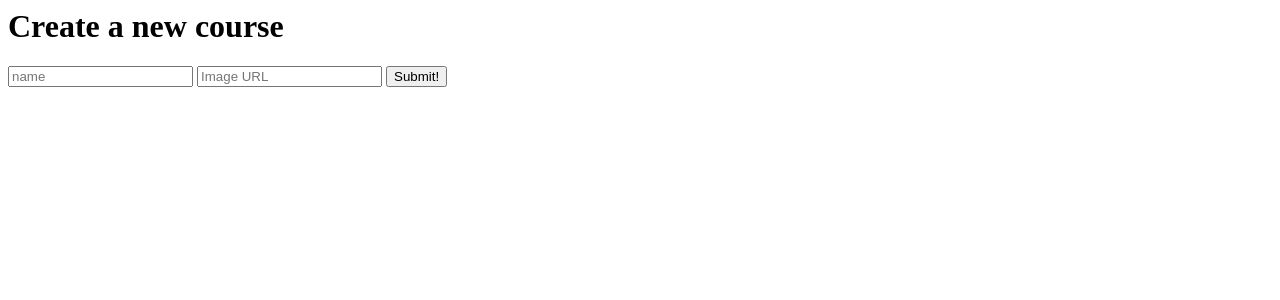
Repository: codewangg/CourseReview
Page: http://localhost/courses/new
The author's editor kept a copy of each file at every save. The page is drawn from the files as they stood at one save, then again after the next save.
The browser window is 1280 px wide. The pictures show the whole page.
The page is served by the project's Node server (app.js).

Above is the page before, as saved 2020-08-15 16:31:11.

After the next save:
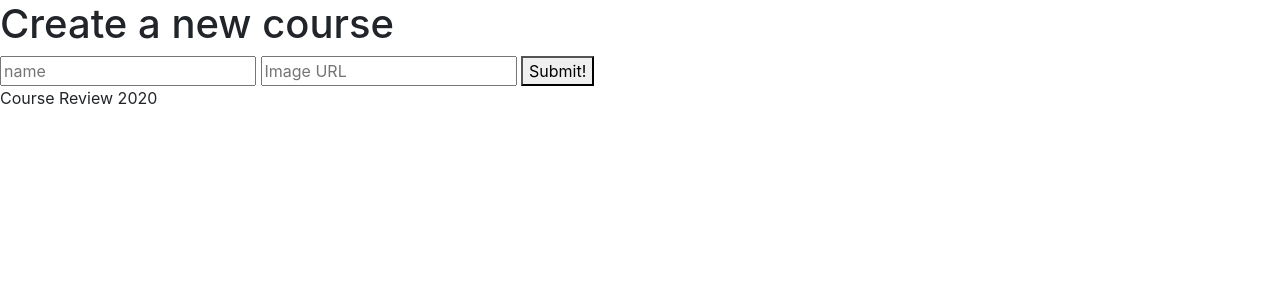
Saved 47 s later.
--- a/views/new.ejs
+++ b/views/new.ejs
@@ -1,6 +1,9 @@
+<%- include('partials/header')%>
 <h1>Create a new course</h1>
 <form action="/courses" method="POST">
     <input type="text" name="name" placeholder="name">
     <input type="text" name="image" placeholder="Image URL">
     <button>Submit!</button>
 </form>
+
+<%- include('partials/footer')%>
